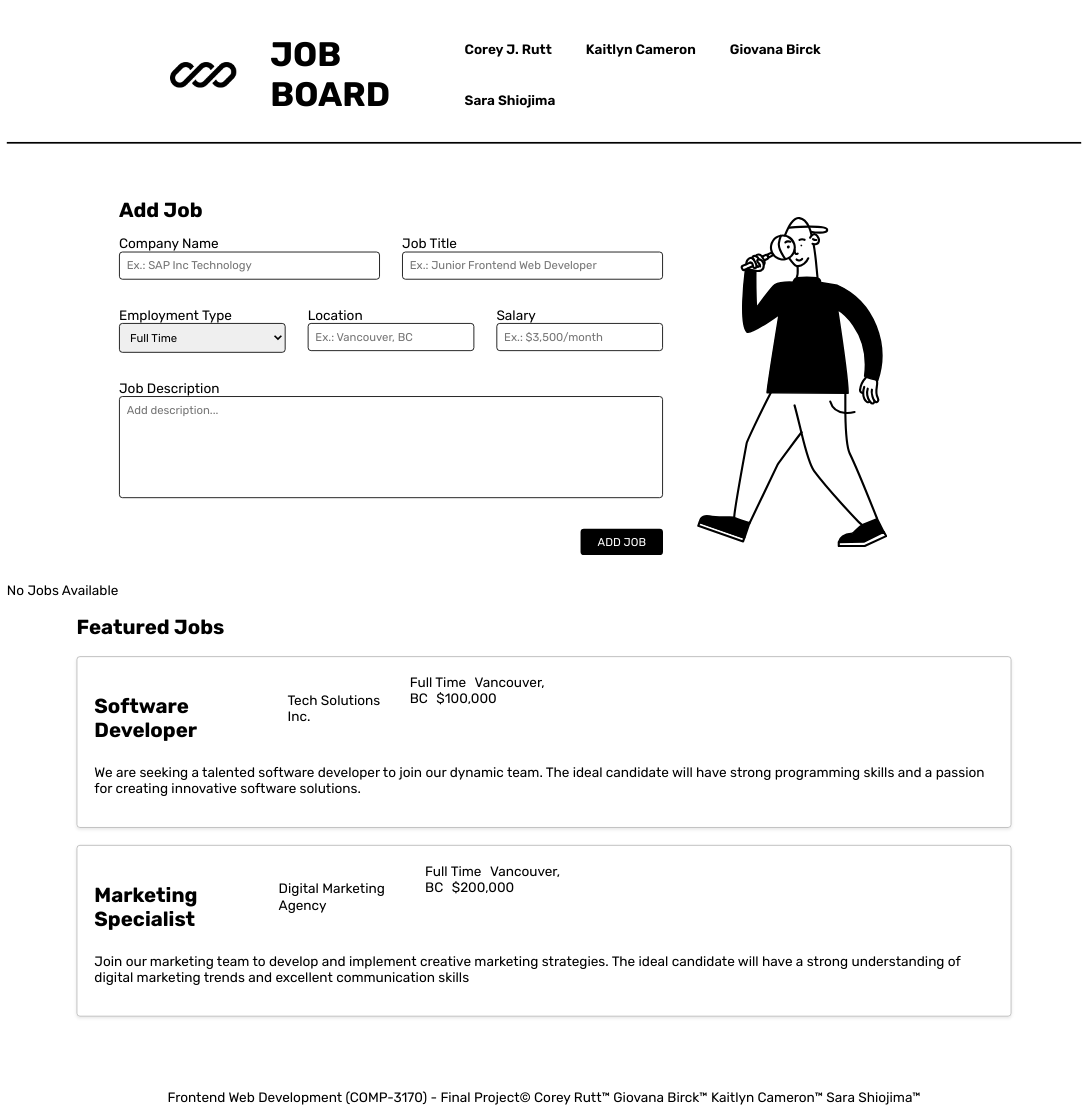
Repository: kcameron37/Final-Project-FrontEnd
Page: /
An editor plug-in stored every save of this project. The page is shown before and after the next save, followed by the edit.
The browser window is 1280 px wide. The pictures show the whole page, at 85% of full size.
The project was rebuilt for these pictures with package versions that can differ from the ones it lists, and the page was loaded fresh each time.

Above is the page before, as saved 2023-11-28 20:55:28.

### src/index.js
import { StrictMode } from "react";
import { createRoot } from "react-dom/client";

import App from "./App";
import './styles.css';

const rootElement = document.getElementById("root");
const root = createRoot(rootElement);

root.render(
  <StrictMode>
    <App />
    <p className="footer">Frontend Web Development (COMP-3170) - Final Project&copy; Corey Rutt&trade; Giovana Birck&trade; Kaitlyn Cameron&trade; Sara Shiojima&trade; </p>
  </StrictMode>
);

### src/App.js
import React, { useState } from 'react';
import { BrowserRouter as Router, Routes, Route } from 'react-router-dom';

import JobList from './components/JobList';
import AddJob from './components/AddJob';
import FilterComponent from './components/FilterComponent';
import NavBar from './components/NavBar';

export default function App() {
  const [jobs, setJobs] = useState([]);
  const [jobToEdit, setJobToEdit] = useState(null);

  const addJob = (job) => {
    if (jobToEdit) {
      const updatedJobs = jobs.map(j => (j.id === jobToEdit.id ? { ...j, ...job } : j));
      setJobs(updatedJobs);
      setJobToEdit(null);
    } else {
      const newJobWithId = { ...job, id: Date.now() };
      setJobs([...jobs, newJobWithId]);
    }
  };

  const deleteJob = (index) => {
    const newJobs = jobs.filter((_, idx) => idx !== index);
    setJobs(newJobs);
  };

  return (
    <Router>
      <div className="App">
        <NavBar />
        <AddJob addJob={addJob} jobToEdit={jobToEdit} />
        <FilterComponent jobs={jobs} />
        <Routes>
          <Route path="/" element={<JobList jobs={jobs} deleteJob={deleteJob} setJobToEdit={setJobToEdit} />} />
          <Route path="/filter/:filterType/:filterValue" element={<JobList jobs={jobs} deleteJob={deleteJob} setJobToEdit={setJobToEdit} />} />
        </Routes>
      </div>
    </Router>
  );
}

### src/styles.css
.App {
  font-family: 'Rubik', sans-serif;
  padding-bottom: 50px;
}

.footer {
  left: 0;
  bottom: 0;
  width: 100%;
  text-align: center;
  z-index: 1000;
}

### src/components/JobList.js
import React, { useState } from 'react';
import { useParams } from 'react-router-dom';
import styles from "./jobList.module.css";

export default function JobList({ jobs, deleteJob, setJobToEdit, updateJob  }) {
  const { filterType, filterValue } = useParams();

  const [editingJobId, setEditingJobId] = useState(null);
  const [editedJob, setEditedJob] = useState({});

  // Filtering logic based on URL parameters
  const filteredJobs = filterType && filterValue
    ? jobs.filter(job => job[filterType].toString() === filterValue)
    : jobs;

  const handleEditClick = (job) => {
    setJobToEdit(job);
  };

  return (
    <div className={styles.jobListContainer}>
      <h2 className={styles.h2}>Featured Jobs</h2>
      {filteredJobs.map((job, index) => (
        <div key={index} className={styles.jobItem}>
          <div className={styles.titleLine}>
            <h3 className={styles.jobTitle}>{job.jobTitle}</h3>
            <button
              className={styles.editButton}
              onClick={() => handleEditClick(job)}
            >
              Edit
            </button>
            <button
              className={styles.deleteButton}
              onClick={() => deleteJob(index)}
            >
              Delete
            </button>
          </div>

          <div className={styles.companyInfo}>
            <div className={styles.companyName}>
              <span>{job.companyName}</span>
            </div>
            <div className={styles.companyDetails}>
              <span>{job.employment}</span>
              <span>{job.location}</span>
              <span>{job.salary}</span>
            </div>
          </div>
          <p className={styles.jobDescription}>{job.description}</p>
        </div>
      ))}
      <div className={styles.jobListContainer}>
        <div className={styles.jobItem}>
          <div className={styles.titleLine}>
            <h3 className={styles.jobTitle}>Software Developer</h3>

            <div className={styles.companyInfo}>
              <div className={styles.companyName}>
                <span>Tech Solutions Inc.</span>
              </div>
            </div>
            <div className={styles.companyDetails}>
              <span>Full Time</span>
              <span>Vancouver, BC</span>
              <span>$100,000</span>
            </div>
          </div>
          <p className={styles.jobDescription}>
            We are seeking a talented software developer to join our dynamic
            team. The ideal candidate will have strong programming skills and a
            passion for creating innovative software solutions.
          </p>
        </div>
      </div>

      <div className={styles.jobListContainer}>
        <div className={styles.jobItem}>
          <div className={styles.titleLine}>
            <h3 className={styles.jobTitle}>Marketing Specialist</h3>
            <div className={styles.companyInfo}>
              <div className={styles.companyName}>
                <span>Digital Marketing Agency</span>
              </div>
            </div>
            <div className={styles.companyDetails}>
              <span>Full Time</span>
              <span>Vancouver, BC</span>
              <span>$200,000</span>
            </div>
          </div>
          <p className={styles.jobDescription}>
            Join our marketing team to develop and implement creative marketing
            strategies. The ideal candidate will have a strong understanding of
            digital marketing trends and excellent communication skills
          </p>
        </div>
      </div>
    </div>
  );
}

### src/components/AddJob.js
import React, { useState, useEffect } from "react";
import styles from "./addJob.module.css";

export default function AddJob({ addJob, jobToEdit, updateJob }) {
  const [job, setJob] = useState({
    companyName: "",
    jobTitle: "",
    employment: "Full Time",
    location: "",
    salary: "",
    description: "",
  });

  useEffect(() => {
    if (jobToEdit) {
      setJob(jobToEdit);
    } else {
      setJob({
        companyName: "",
        jobTitle: "",
        employment: "Full Time",
        location: "",
        salary: "",
        description: "",
      });
    }
  }, [jobToEdit]);

  const handleSubmit = (e) => {
    e.preventDefault();
    addJob(job);
    setJob({
      companyName: "",
      jobTitle: "",
      employment: "Full Time",
      location: "",
      salary: "",
      description: "",
    });
  };

  const handleChange = (e) => {
    setJob({ ...job, [e.target.name]: e.target.value });
  };

  return (
    <form onSubmit={handleSubmit} className={styles.container}>
      <div className={styles.form}>
        <h2 className={styles.formTitle}>Add Job</h2>

        <div className={styles.formRow}>
          <div className={styles.inputContainer}>
            <label className={styles.inputLabel}>Company Name</label>

            <input
              type="text"
              name="companyName"
              value={job.companyName}
              onChange={handleChange}
              placeholder="Ex.: SAP Inc Technology"
              className={styles.textInput}
            />
          </div>

          <div className={styles.inputContainer}>
            <label className={styles.inputLabel}>Job Title</label>

            <input
              type="text"
              name="jobTitle"
              value={job.jobTitle}
              onChange={handleChange}
              placeholder="Ex.: Junior Frontend Web Developer"
              className={styles.textInput}
            />
          </div>
        </div>

        <div className={styles.formRow}>
          <div className={styles.inputContainer}>
            <label className={styles.inputLabel}>Employment Type</label>

            <select
              name="employment"
              value={job.employment}
              onChange={handleChange}
              className={styles.selectInput}
            >
              <option value="Full Time">Full Time</option>
              <option value="Part Time">Part Time</option>
            </select>
          </div>

          <div className={styles.inputContainer}>
            <label className={styles.inputLabel}>Location</label>

            <input
              type="text"
              name="location"
              value={job.location}
              onChange={handleChange}
              placeholder="Ex.: Vancouver, BC"
              className={styles.textInput}
            />
          </div>

          <div className={styles.inputContainer}>
            <label className={styles.inputLabel}>Salary</label>

            <input
              type="text"
              name="salary"
              value={job.salary}
              onChange={handleChange}
              placeholder="Ex.: $3,500/month"
              className={styles.textInput}
            />
          </div>
        </div>

        <div className={styles.formRow}>
          <div className={styles.inputContainer}>
            <label className={styles.inputLabel}>Job Description</label>

            <textarea
              name="description"
              value={job.description}
              onChange={handleChange}
              placeholder="Add description..."
              className={styles.textareaInput}
            />
          </div>
        </div>

        <div className={styles.formRow}>
          <button className={styles.button} type="submit">
            {jobToEdit ? "Update Job" : "Add Job"}
          </button>
        </div>
      </div>

      <div className={styles.imageWrap}>
        <img className={styles.image} src="/images/man.svg" alt="Logo" />
      </div>
    </form>
  );
}

### src/components/FilterComponent.js
import React from 'react';
import { useNavigate } from 'react-router-dom';

function FilterComponent({ jobs }) {
    const navigate = useNavigate();

    const uniqueLocations = getUniqueValues(jobs, 'location');
    const uniqueJobTitles = getUniqueValues(jobs, 'jobTitle');

    const handleFilterChange = (filterType, value) => {
      if (value === "") {
        navigate(`/`); // Navigate to base route to reset the filter
      } else {
        navigate(`/filter/${filterType}/${value}`);
      }
    };

  if (jobs.length === 0) {
    return <p>No Jobs Available</p>;
  }

  return (
    <div>
      <div>
        <label>Location:</label>
        <select onChange={(e) => handleFilterChange('location', e.target.value)}>
          <option value="">All Locations</option> {/* Reset option */}
          {uniqueLocations.map(location => (
            <option key={location} value={location}>{location}</option>
          ))}
        </select>
      </div>

      <div>
        <label>Job Title:</label>
        <select onChange={(e) => handleFilterChange('jobTitle', e.target.value)}>
          <option value="">All Job Titles</option> {/* Reset option */}
          {uniqueJobTitles.map(title => (
            <option key={title} value={title}>{title}</option>
          ))}
        </select>
      </div>

      {/* Add more dropdowns for other categories... */}
    </div>
  );
}

export default FilterComponent;

function getUniqueValues(jobs, key) {
  const unique = [...new Set(jobs.map(job => job[key]))];
  return unique;
}

### src/components/NavBar.js
import React, { useState, useEffect, useRef } from "react";
import styles from "./navBar.module.css";

export default function NavBar() {
  const [popups, setPopups] = useState({
    corey: false,
    kaitlyn: false,
    giovana: false,
    sara: false,
  });

  const togglePopup = (popupName) => {
    setPopups((prevState) => ({
      ...Object.keys(prevState).reduce((acc, key) => {
        acc[key] = key === popupName ? !prevState[key] : false;
        return acc;
      }, {}),
    }));
  };

  const popupRefs = {
    corey: useRef(null),
    kaitlyn: useRef(null),
    giovana: useRef(null),
    sara: useRef(null),
  };

  useEffect(() => {
    const handleOutsideClick = (event) => {
      for (const key in popupRefs) {
        if (popupRefs[key].current && !popupRefs[key].current.contains(event.target)) {
          setPopups((prevState) => ({
            ...prevState,
            [key]: false,
          }));
        }
      }
    };

    document.addEventListener("mousedown", handleOutsideClick);
    return () => {
      document.removeEventListener("mousedown", handleOutsideClick);
    };
  }, []);

  return (
    <div className={styles.navBar}>
      <div className={styles.logo}>
        <img src="/images/logo.png" alt="Logo" />
        <h2>JOB BOARD</h2>
      </div>

      <div>
        <button onClick={() => togglePopup("corey")}>Corey J. Rutt</button>
        {popups.corey && (
          <div className={`${styles.popupWrapper} ${styles.corey}`} ref={popupRefs.corey}>
            <button className={styles.closeButton} onClick={() => togglePopup("corey")}>
              X
            </button>
            <div className={styles.popup}>
              <p>Corey's Student Number A013347533</p>
            </div>
          </div>
        )}

        <button onClick={() => togglePopup("kaitlyn")}>Kaitlyn Cameron</button>
        {popups.kaitlyn && (
          <div className={`${styles.popupWrapper} ${styles.kaitlyn}`} ref={popupRefs.kaitlyn}>
            <button className={styles.closeButton} onClick={() => togglePopup("kaitlyn")}>
              X
            </button>
            <div className={styles.popup}>
              <p>Kaitlyn's Student Number A01326523</p>
            </div>
          </div>
        )}

        <button onClick={() => togglePopup("giovana")}>Giovana Birck</button>
        {popups.giovana && (
          <div className={`${styles.popupWrapper} ${styles.giovana}`} ref={popupRefs.giovana}>
            <button className={styles.closeButton} onClick={() => togglePopup("giovana")}>
              X
            </button>
            <div className={styles.popup}>
              <p>Giovana's Student Number A01299565</p>
            </div>
          </div>
        )}

        <button onClick={() => togglePopup("sara")}>Sara Shiojima</button>
        {popups.sara && (
          <div className={`${styles.popupWrapper} ${styles.sara}`} ref={popupRefs.sara}>
            <button className={styles.closeButton} onClick={() => togglePopup("sara")}>
              X
            </button>
            <div className={styles.popup}>
              <p>Sara's Student Number A01314209</p>
            </div>
          </div>
        )}
      </div>
    </div>
  );
}

### src/components/jobList.module.css
  .jobListContainer {
    max-width: 1100px;
    margin: auto;
  }

.titleLine{
    display: flex;
}

.jobItem {
    border-radius: 4px;
    box-shadow: 0 2px 4px rgba(0,0,0,0.1);
    padding: 20px;
    margin-bottom: 20px;
    border: 1px solid #b7b7b7;
  }

  .jobTitle {
    font-size: 24px;
    margin-bottom: 10px;
  }

  .companyInfo {
    display: flex;
    justify-content: space-between;
    align-items: center;
    margin-bottom: 10px;
  }

  .companyName span {
    font-size: 16px;
    margin-right: 10px;
  }

  .companyDetails{
    margin-right: 40%;
  }

  .companyDetails span{
    font-size: 16px;
    margin-right: 10px;

  }

  .editButton,
  .deleteButton {
    padding: 8px 16px;
    color: black;
    border: 1px solid black;
    border-radius: 4px;
    cursor: pointer;
    text-transform: uppercase;
    font-size: 10px;
    margin-left: 8px;
  }

  .editButton {
    background-color: rgb(231, 231, 231);
  }

  .deleteButton {
    background-color:rgb(231, 231, 231);
  }

  .jobDescription {
    font-size: 16px;
  }

### src/components/addJob.module.css
* > * {
    box-sizing: border-box;
    font-family: 'Rubik', sans-serif;
  }

  .container {
    display: flex;
    align-items: center;
    gap: 40px;
    width: 100%;
    max-width: 1000px;
    margin: 0 auto;
  }

  .form {
    display: flex;
    flex-direction: column;
    gap: 16px;
    flex: 2;
  }

  .formTitle {
    margin: 0;
  }

  .formRow {
    display: flex;
    width: 100%;
    gap: 26px;
    padding-bottom: 16px;
  }

  .inputContainer {
    flex: 1;
  }

  .input-label {
    display: block;
    margin-bottom: 8px;
  }

  .textInput {
    width: 100%;
    padding: 8px;
    border-radius: 4px;
    border: 1px solid black;
  }

  .selectInput {
    width: 100%;
    padding: 8px;
    border-radius: 4px;
    border: 1px solid black;
  }

  .textareaInput {
    width: 100%;
    padding: 8px;
    border-radius: 4px;
    border: 1px solid black;
    resize: none;
    height: 120px;
  }

  .button {
    padding: 8px 20px;
    background-color: #000000;
    color: #ffffff;
    border: none;
    border-radius: 4px;
    cursor: pointer;
    text-transform: uppercase;
    margin-left: auto;
  }

  .imageWrap {
    flex: 1;
  }

  .image {
    width: 70%;
  }

### src/components/navBar.module.css
.logo {
  display: flex;
  align-items: center;
  margin-left: 2em;
}

.logo h2 {
  margin-left: 1em;
  font-size: 40px;
  margin-bottom: 32px;
}

.navBar {
  background-color: transparent;
  padding: 0px 160px 0px 160px;
  border-style: solid;
  border-width: 0px 0px 2px 0px;
  display: flex;
  align-items: flex-end;
  justify-content: space-between;
  margin-bottom: 64px;
  position: relative;
}

.navBar img {
  height: 30px;
}

.navBar button {
  background-color: transparent;
  font-weight: 600;
  border: none;
  padding: 0px 12px 40px 12px;
  cursor: pointer;
  font-size: 16px;
  margin-right: 1em;

}

.popupWrapper {
  position: absolute;
  top: 100%;
  right: 10;
  background-color: #fff;
  box-shadow: 0 2px 4px rgba(0, 0, 0, 0.2);
  border: 2px solid black;
  padding: 10px;
  z-index: 1;
  width: 15em;
}

.popup {
  list-style: none;
  padding: 0;
  margin: 0;
  margin-top: 2em;
}

.popup h3 {
  font-size: 18px;
  margin-top: 20px;
  margin-bottom: 10px;
}

.popup li {
  font-size: 16px;
  margin-bottom: 8px;
  margin-top: 10px;
}

.closeButton {
  position: absolute;
  top: 5px;
  right: 5px;
  background-color: transparent;
  border: none;
  cursor: pointer;
}

.popupWrapper {
  position: absolute;
  background-color: #fff;
  box-shadow: 0 2px 4px rgba(0, 0, 0, 0.2);
  border: 2px solid black;
  padding: 10px;
  z-index: 1;
  width: 10em;
}

.popupWrapper.corey {
  left: 80%;
}

.popupWrapper.kaitlyn {
  left: 80%;
}

.popupWrapper.giovana {
  left: 80%;
}

.popupWrapper.sara {
  left: 80%;
}

Loaded but not shown: public/index.html (common file)

After the next save:
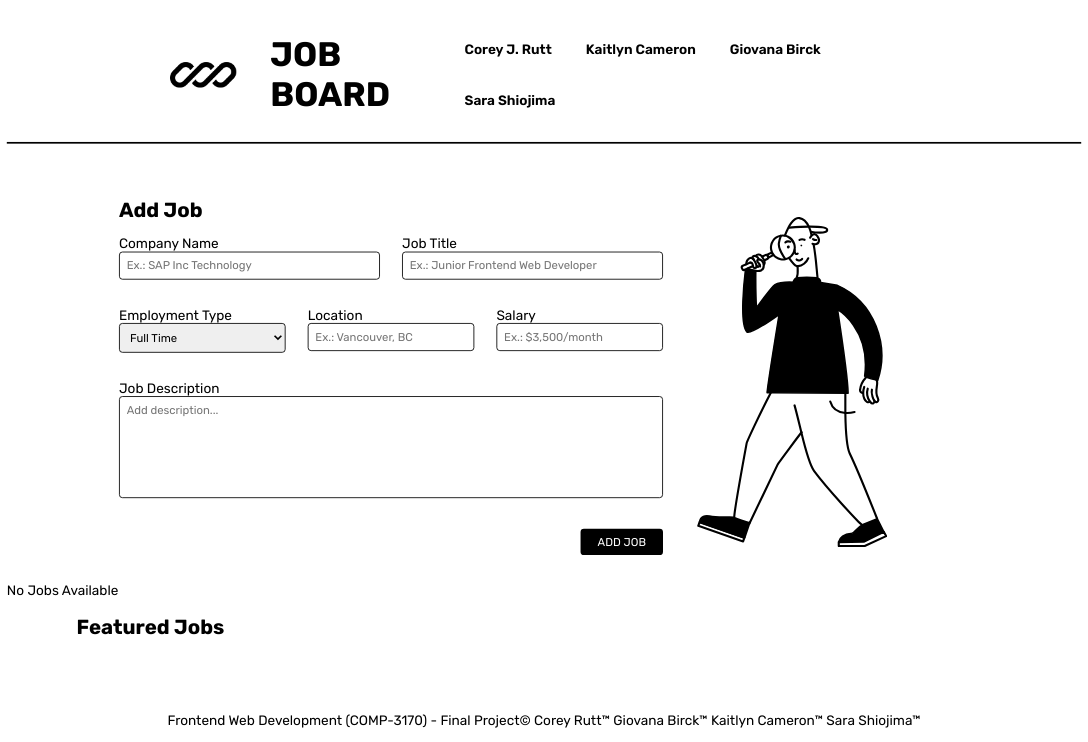
Saved 40 s later.
--- a/src/components/JobList.js
+++ b/src/components/JobList.js
@@ -51,52 +51,7 @@ export default function JobList({ jobs, deleteJob, setJobToEdit, updateJob  }) {
           <p className={styles.jobDescription}>{job.description}</p>
         </div>
       ))}
-      <div className={styles.jobListContainer}>
-        <div className={styles.jobItem}>
-          <div className={styles.titleLine}>
-            <h3 className={styles.jobTitle}>Software Developer</h3>
 
-            <div className={styles.companyInfo}>
-              <div className={styles.companyName}>
-                <span>Tech Solutions Inc.</span>
-              </div>
-            </div>
-            <div className={styles.companyDetails}>
-              <span>Full Time</span>
-              <span>Vancouver, BC</span>
-              <span>$100,000</span>
-            </div>
-          </div>
-          <p className={styles.jobDescription}>
-            We are seeking a talented software developer to join our dynamic
-            team. The ideal candidate will have strong programming skills and a
-            passion for creating innovative software solutions.
-          </p>
-        </div>
-      </div>
-
-      <div className={styles.jobListContainer}>
-        <div className={styles.jobItem}>
-          <div className={styles.titleLine}>
-            <h3 className={styles.jobTitle}>Marketing Specialist</h3>
-            <div className={styles.companyInfo}>
-              <div className={styles.companyName}>
-                <span>Digital Marketing Agency</span>
-              </div>
-            </div>
-            <div className={styles.companyDetails}>
-              <span>Full Time</span>
-              <span>Vancouver, BC</span>
-              <span>$200,000</span>
-            </div>
-          </div>
-          <p className={styles.jobDescription}>
-            Join our marketing team to develop and implement creative marketing
-            strategies. The ideal candidate will have a strong understanding of
-            digital marketing trends and excellent communication skills
-          </p>
-        </div>
-      </div>
     </div>
   );
 }
